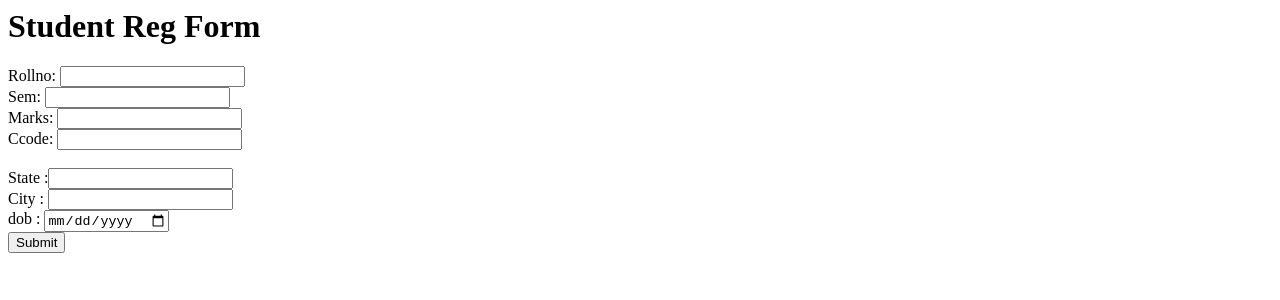
Repository: saikrishnaDsk/DelNex4D
Page: http://localhost/delnexd2mvc/
The author's editor kept a copy of each file at every save. The page is drawn from the files as they stood at one save, then again after the next save.
The browser window is 1280 px wide. The pictures show the whole page.
The page is served by Tomcat 9.

Above is the page before, as saved 2020-01-11 06:20:28.

After the next save:
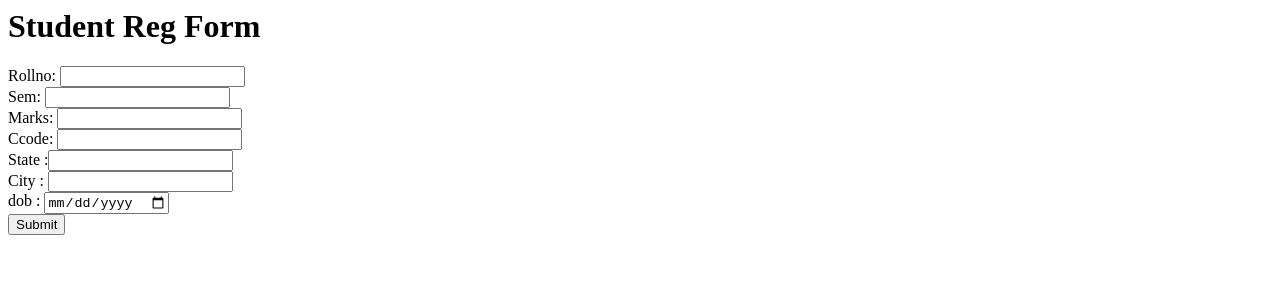
Saved 25 s later.
--- a/workspace-sts-3.9.9.RELEASE/delnexd2mvc/src/main/webapp/WEB-INF/views/home.jsp
+++ b/workspace-sts-3.9.9.RELEASE/delnexd2mvc/src/main/webapp/WEB-INF/views/home.jsp
@@ -8,17 +8,13 @@
 	<h1>Student Reg Form</h1>
 	<form action="saveStudent">
 		Rollno: <input type="text" name="rno"><br>
-		 Sem: <input
-			type="text" name="sem"><br>
-		 Marks: <input type="text"
-			name="marks"><br>
+		 Sem: <input type="text" name="sem"><br>
+		 Marks: <input type="text" name="marks"><br>
 		 Ccode: <input type="text" name="ccode"><br>
-		<br>
 		State :<input type="text" name="address.state"> <br>
 		City : <input type="text" name="address.city"> <br>
 	   dob :  <input type="date" name="dob"> <br>
-	   <input type="submit"
-			value="Submit">
+	   <input type="submit"	value="Submit">
 
 	</form>
 
